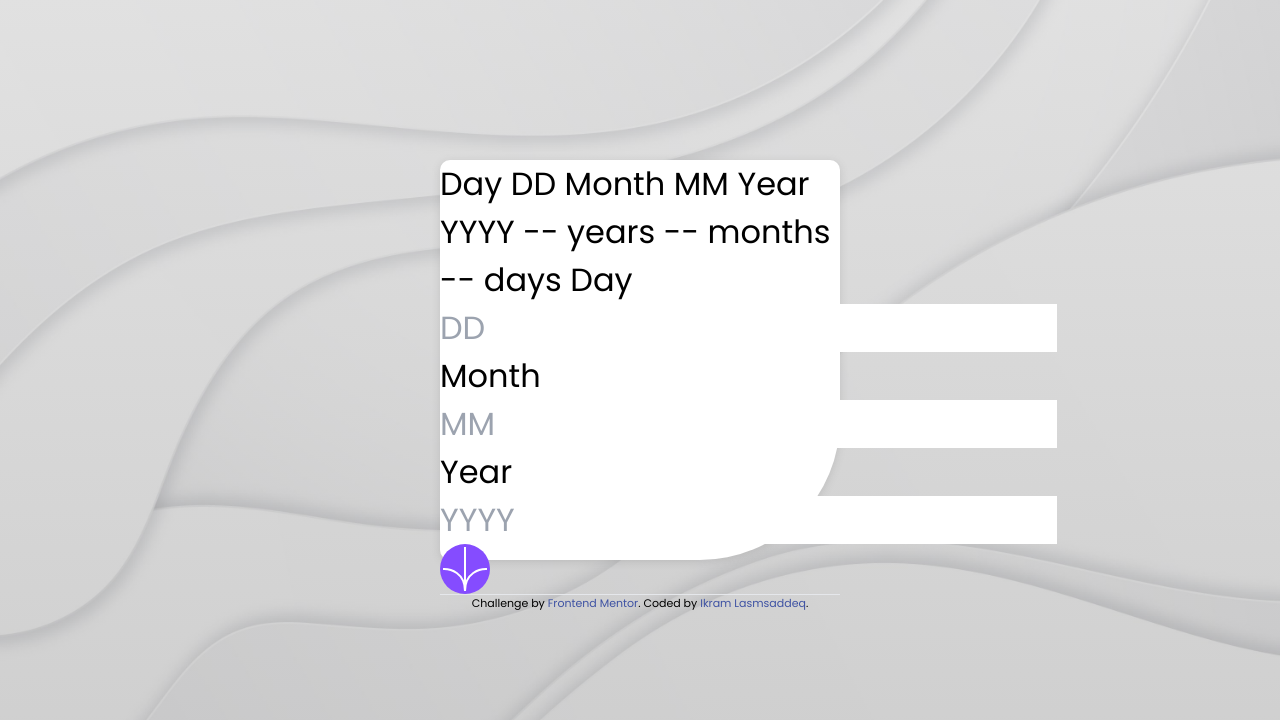
Repository: ikram-lisa/age-display
Page: /
These files come from the project's save history. The page is drawn as it stood at one moment and after the next save; the edit follows.
The browser window is 1280 px wide. The pictures show the whole page.
Some web libraries are served in a nearby version. The project was rebuilt for these pictures with package versions that can differ from the ones it lists, and the page was loaded fresh each time.

Above is the page before, as saved 2024-04-30 23:06:09.

### index.html
<!DOCTYPE html>
<html lang="en">
  <head>
    <meta charset="UTF-8" />
    <meta name="viewport" content="width=device-width, initial-scale=1.0" />
    <!-- displays site properly based on user's device -->
    <link href="https://cdn.tailwindcss.com" rel="stylesheet" />
    <link rel="stylesheet" href="./css/style.scss" />
    <link
      rel="icon"
      type="image/png"
      sizes="32x32"
      href="./assets/images/favicon-32x32.png"
    />

    <title>Frontend Mentor | Age calculator app</title>
    <style>
      .attribution {
        font-size: 11px;
        text-align: center;
      }
      .attribution a {
        color: hsl(228, 45%, 44%);
      }
    </style>
  </head>
  <!-- <script type="module" src="js/script.js"></script> -->
  <body>
    <section class="calculator">
      <form action="">
        Day DD Month MM Year YYYY -- years -- months -- days
        <label for="day">Day</label>
        <input class="day" id="day" type="number" placeholder="DD" />

        <label for="month">Month</label>
        <input class="month" id="month" type="number" placeholder="MM" />

        <label for="year">Year</label>
        <input class="year" id="year" type="number" placeholder="YYYY" />
      </form>

      <button class="submit">
        <img src="./assets/images/icon-arrow.svg" alt="submit" />
      </button>

      <hr class="separator" />
      <div class="result">
        <p class="days"></p>
        <p class="month"></p>
        <p class="years"></p>
      </div>

      <div class="attribution">
        Challenge by
        <a href="https://www.frontendmentor.io?ref=challenge" target="_blank"
          >Frontend Mentor</a
        >. Coded by <a href="#">Ikram Lasmsaddeq</a>.
      </div>
    </section>
  </body>
</html>

### css/style.scss
@use "./base/variable" as *;
@use "./base/font.scss" as *;

@tailwind base;
@tailwind components;
@tailwind utilities;

* {
  margin: 0;
  padding: 0;
  box-sizing: border-box;
}
body {
  height: 100vh;
  background: linear-gradient(
      rgba(196, 196, 196, 0.5),
      rgba(161, 161, 161, 0.5)
    ),
    url("../images/background.jpg");
  background-size: cover;
  background-position: center;
  background-repeat: no-repeat;
  font-size: 32px;
  font-family: "Poppins", sans-serif;
}
.calculator {
  width: 30%;
  min-width: 400px;
  height: 400px;
  background-color: white;
  position: absolute;
  top: 50%;
  left: 50%;
  transform: translate(-50%, -50%);
  border-radius: 10px 10px 140px 10px;
  box-shadow: rgba(99, 99, 99, 0.2) 0px 2px 8px 0px;

  .submit {
    width: 50px;
    height: 50px;
    border-radius: 50%;
    display: flex;
    justify-content: center;
    align-items: center;
    background-color: $purple;
    color: white;
    cursor: pointer;
    transition: all 0.3s;

    &:hover {
      background-color: darken($purple, 10%);
    }
  }

  .separator {
    width: 100%;
    height: 1px;
    background-color: $smokeyGrey;
  }
}

@media (max-width: 375px) {
}
@media (max-width: 768px) {
}
@media (max-width: 1440px) {
}

### css/base/_variable.scss
// Primary

$purple: hsl(259, 100%, 65%);
$lightRed: hsl(0, 100%, 67%);

// Neutral

$white: hsl(0, 0%, 100%);
$offWhite: hsl(0, 0%, 94%);
$lightGrey: hsl(0, 0%, 86%);
$smokeyGrey: hsl(0, 1%, 44%);
$offBlack: hsl(0, 0%, 8%);

### css/base/_font.scss
@import url("https://fonts.googleapis.com/css2?family=Montserrat:ital,wght@0,100..900;1,100..900&family=Open+Sans:ital,wght@0,400;0,600;0,700;0,800;1,400;1,700;1,800&family=Poppins:ital,wght@0,200;0,300;0,400;0,500;0,600;0,700;0,800;0,900;1,100;1,200;1,300;1,400;1,500;1,600;1,700;1,800;1,900&display=swap");

Loaded but not shown: tailwind.config.js (1075 lines, source omitted)

After the next save:
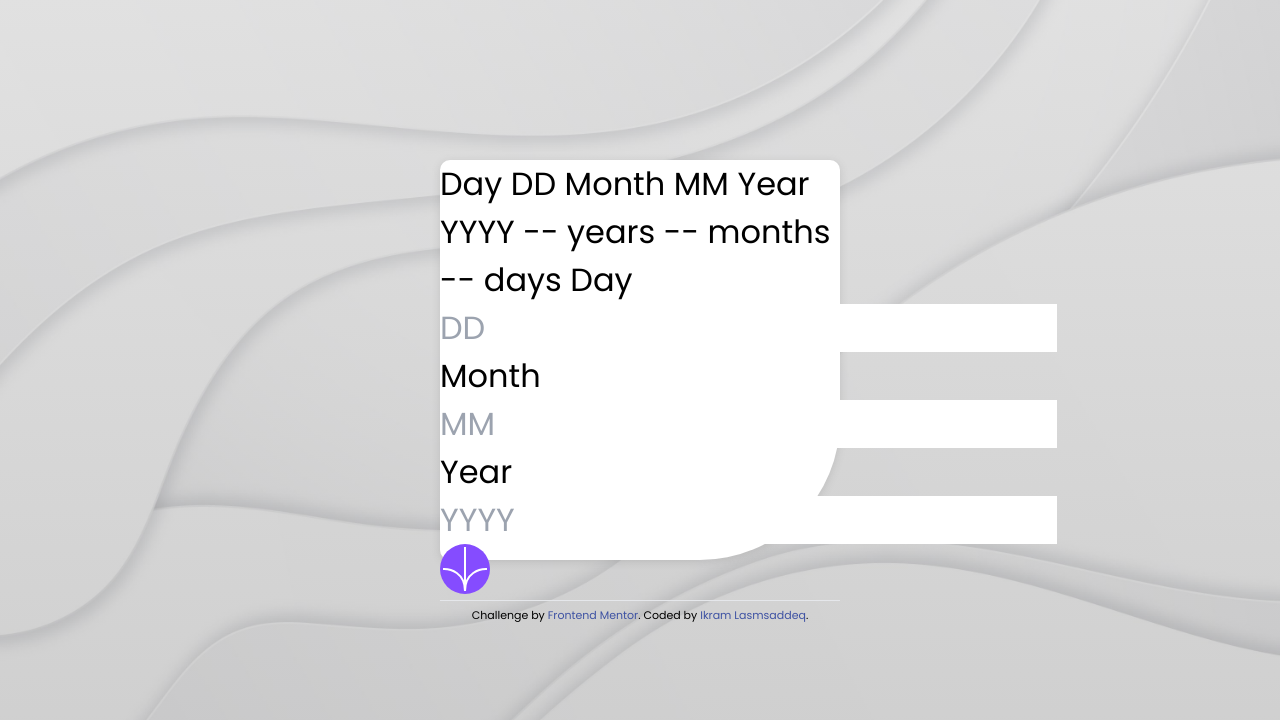
Saved 14 s later.
--- a/css/style.scss
+++ b/css/style.scss
@@ -56,6 +56,7 @@ body {
     width: 100%;
     height: 1px;
     background-color: $smokeyGrey;
+    margin: 6px 0;
   }
 }
 
